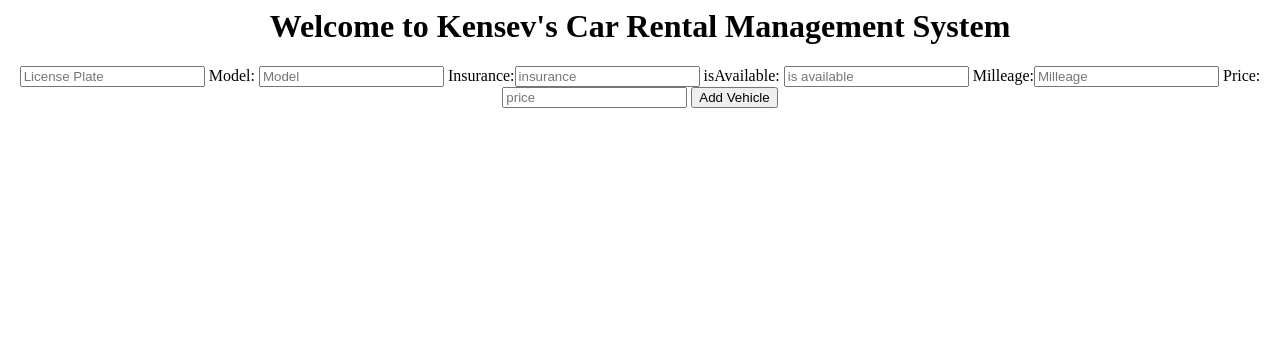
Repository: kensevv/nevexisDemos
Page: http://localhost/Car_Rental_Management_System/VehicleForm.jsp
The author's editor kept a copy of each file at every save. The page is drawn from the files as they stood at one save, then again after the next save.
The browser window is 1280 px wide. The pictures show the whole page.
The page is served by Tomcat 9. Nobody is signed in. The application's start-up code is not run.

Above is the page before, as saved 2021-03-24 17:46:06.

After the next save:
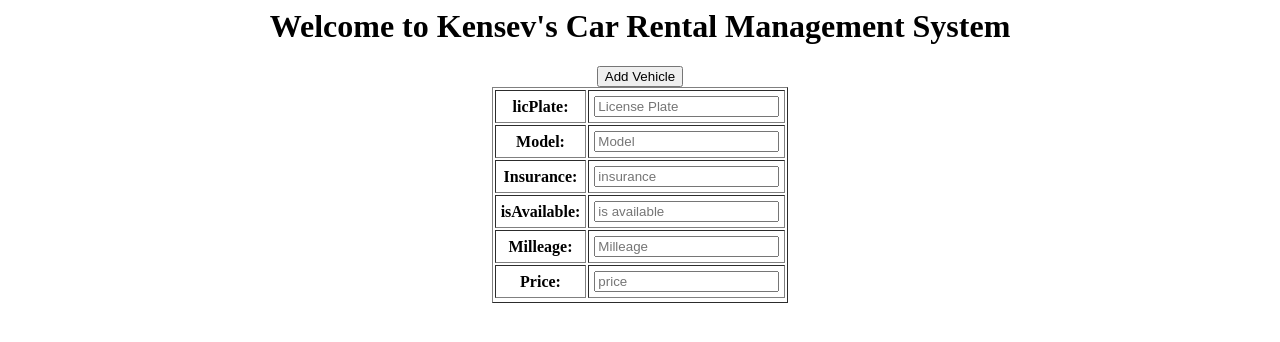
Saved 43 s later.
--- a/Car_Rental_Management_System/src/main/webapp/VehicleForm.jsp
+++ b/Car_Rental_Management_System/src/main/webapp/VehicleForm.jsp
@@ -11,23 +11,43 @@
 	</center>
 	<div align="center">
 
-
+			<table border="1" cellpadding="5">
 			<form action="insert" method="get">
-
-					<input type="text" name="licPlate"
-						placeholder="License Plate"></input>
-			Model:
-					<input type="text" name="model" placeholder="Model"></input>
-				Insurance:<input type="text" name="insurance"
-						placeholder="insurance"></input>
-				isAvailable:</th>
+				<tr>
+					<th>licPlate:</th>
+					<td><input type="text" name="licPlate"
+						placeholder="License Plate"></input></td>
+				</tr>
+				<tr>
+					<th>Model:</th>
+					<td><input type="text" name="model" placeholder="Model"></input>
+					</td>
+				</tr>
+				<tr>
+					<th>Insurance:</th>
+					<td><input type="text" name="insurance"
+						placeholder="insurance"></input></td>
+				</tr>
+				<tr>
+					<th>isAvailable:</th>
 					<td><input type="text" name="isAvailable"
-						placeholder="is available"></input>
-				Milleage:</th><input type="text" name="milleage" placeholder="Milleage"></input>
-					Price:<input type="text" name="price" placeholder="price"></input>
-
-				<button method="get" action="insert" class="addBtn">Add Vehicle</button>
-			</form>
+						placeholder="is available"></input></td>
+				</tr>
+				<tr>
+					<th>Milleage:</th>
+					<td><input type="text" name="milleage" placeholder="Milleage"></input>
+					</td>
+				</tr>
+				<tr>
+					<th>Price:</th>
+					<td><input type="text" name="price" placeholder="price"></input>
+					</td>
+				</tr>
+				<tr>
+				<button type="submit" class="addBtn">Add Vehicle</button>
+				</tr>
+				</form>
+			</table>
 	</div>
 </body>
 </html>
